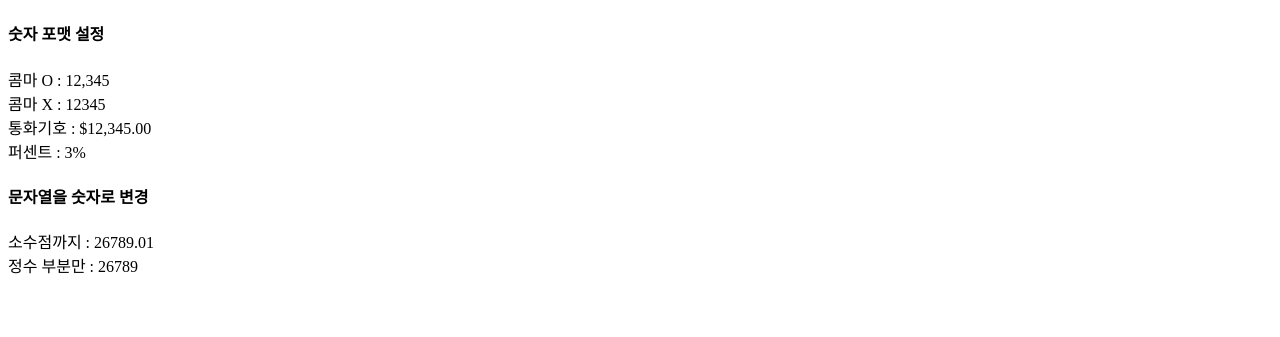
Repository: ssing365/JSPStudy
Page: http://localhost/JSPServlet/11JSTL/etc/Fmt1.jsp
An editor plug-in stored every save of this project. The page is shown before and after the next save, followed by the edit.
The browser window is 1280 px wide. The pictures show the whole page.
The page is served by Tomcat 10.

Above is the page before, as saved 2024-11-07 03:05:57.

After the next save:
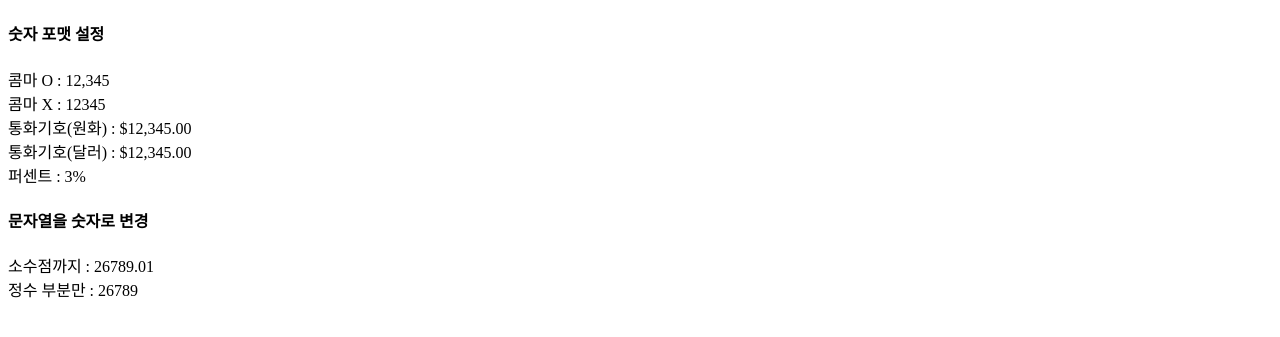
Saved 2 min 8 s later.
--- a/JSPServlet/src/main/webapp/11JSTL/etc/Fmt1.jsp
+++ b/JSPServlet/src/main/webapp/11JSTL/etc/Fmt1.jsp
@@ -14,10 +14,13 @@
 	<h4>숫자 포맷 설정</h4>
 	<c:set var = "number1" value="12345"></c:set>
 	콤마 O : <fmt:formatNumber value="${number1 }" /><br />
-	<!-- groupingUsed : 세자리마다 컴마를 출력. 콤마를 출력하고 싶지 않다면 false(디폴트 : true) -->
+	<!-- groupingUsed(디폴트-true) : 세자리마다 컴마를 출력. 콤마를 출력하고 싶지 않다면 false -->
 	콤마 X : <fmt:formatNumber value="${number1 }" groupingUsed="false" /><br />
 	<fmt:formatNumber value="${number1 }" type="currency" var="printNum1"/>
-	통화기호 : ${printNum1 } <br />
+	통화기호(원화) : ${printNum1 } <br />
+	<fmt:formatNumber value="${number1 }" type="currency" var="printNum1"
+	currencySymbol="$"/>
+	통화기호(달러) : ${printNum1 } <br />
 	<fmt:formatNumber value="0.03" type="percent" var="printNum2"/>
 	퍼센트 : ${printNum2 }
 
